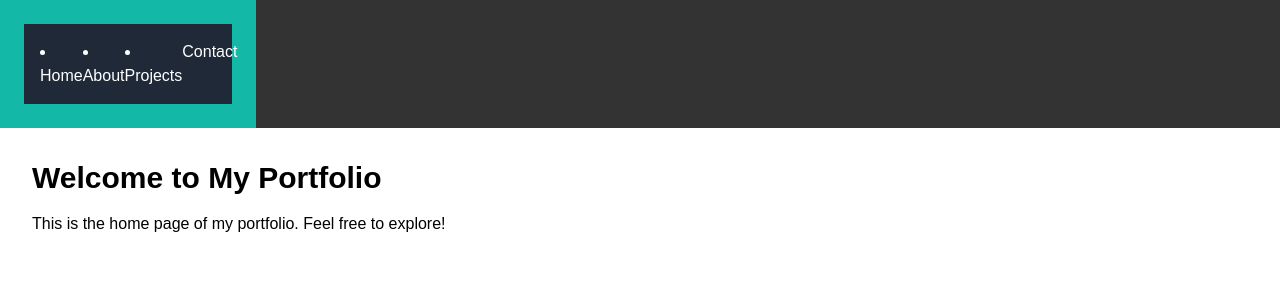
Repository: feyroozecode/feyroozecode.github.io
Page: index.html
These files come from the project's save history. The page is drawn as it stood at one moment and after the next save; the edit follows.
The browser window is 1280 px wide. The pictures show the whole page.
Some web libraries are served in a nearby version.

Above is the page before, as saved 2023-11-30 21:28:08.

After the next save:
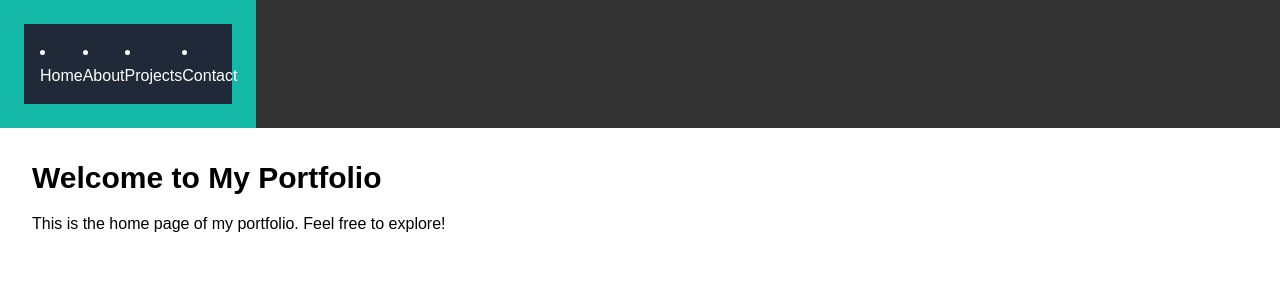
Saved 7 s later.
--- a/index.html
+++ b/index.html
@@ -49,7 +49,9 @@
        <li>
          <a href="#" onclick="navigateTo('projects')">Projects</a>
        </li>
-        <a href="#" onclick="navigateTo('contact')">Contact</a>
+        <li>
+            <a href="#" onclick="navigateTo('contact')">Contact</a>
+        </li>
     </nav>
     </aside>
 </header>
